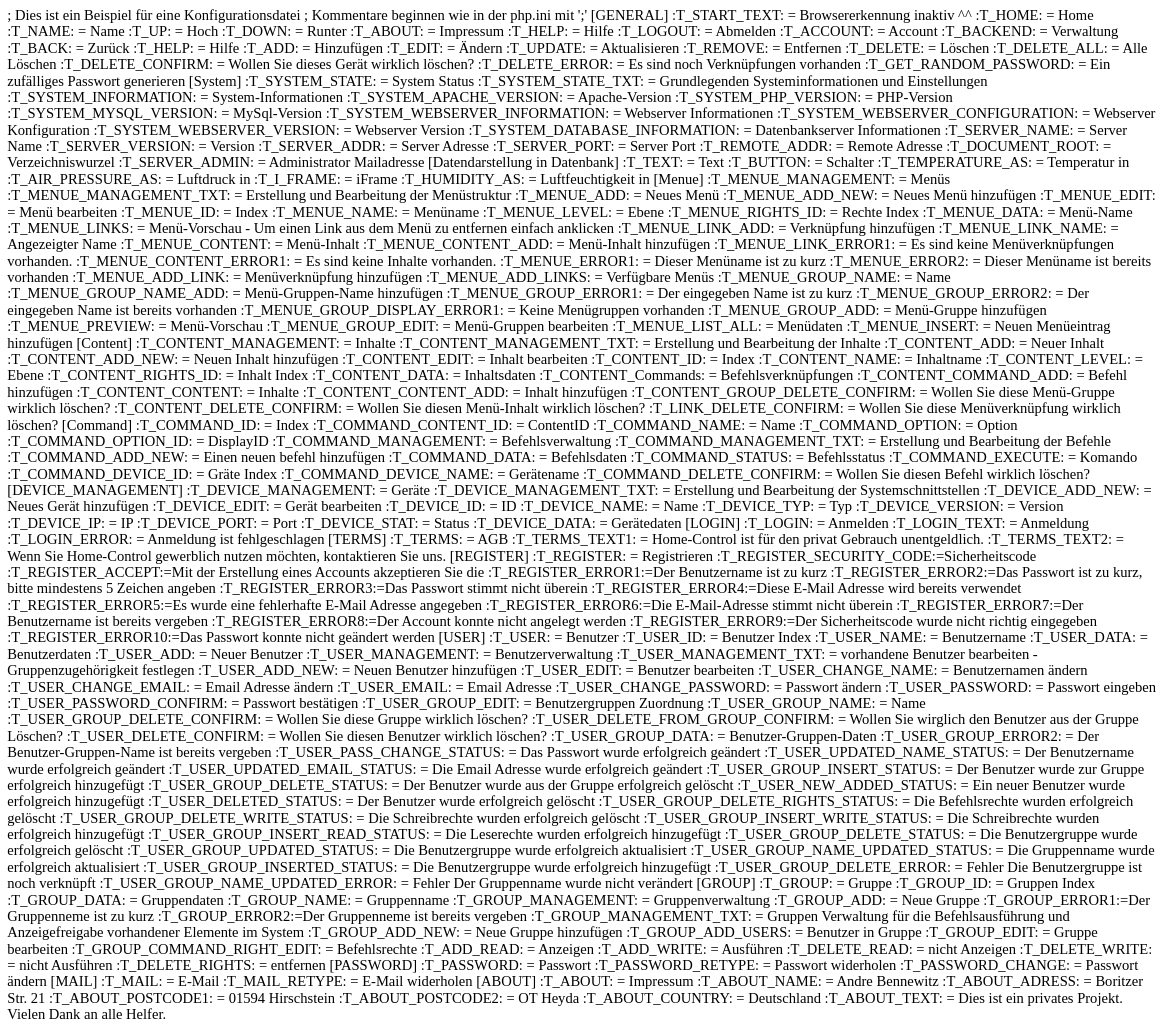
Repository: 0xF3ERROR/Home-Control
Page: http://localhost/language/lang_Ger.php
An editor plug-in stored every save of this project. The page is shown before and after the next save, followed by the edit.
The browser window is 1280 px wide. The pictures show the whole page, at 91% of full size.
The page is run by PHP 8.4 with error messages shown; the project is at /var/www/html/.

Above is the page before, as saved 2012-09-17 20:15:23.

### Source/language/lang_Ger.php
; Dies ist ein Beispiel für eine Konfigurationsdatei
; Kommentare beginnen wie in der php.ini mit ';'


[GENERAL]
:T_START_TEXT: = Browsererkennung inaktiv ^^
:T_HOME: = Home
:T_NAME: = Name
:T_UP: = Hoch
:T_DOWN: = Runter
:T_ABOUT: = Impressum
:T_HELP: = Hilfe
:T_LOGOUT: = Abmelden
:T_ACCOUNT: = Account
:T_BACKEND: = Verwaltung
:T_BACK: = Zurück
:T_HELP: = Hilfe
:T_ADD: = Hinzufügen
:T_EDIT: = Ändern
:T_UPDATE: = Aktualisieren
:T_REMOVE: = Entfernen
:T_DELETE: = Löschen
:T_DELETE_ALL: = Alle Löschen
:T_DELETE_CONFIRM: = Wollen Sie dieses Gerät wirklich löschen?
:T_DELETE_ERROR: = Es sind noch Verknüpfungen vorhanden
:T_GET_RANDOM_PASSWORD: = Ein zufälliges Passwort generieren


[System]
:T_SYSTEM_STATE: = System Status
:T_SYSTEM_STATE_TXT: = Grundlegenden Systeminformationen und Einstellungen
:T_SYSTEM_INFORMATION: = System-Informationen
:T_SYSTEM_APACHE_VERSION: = Apache-Version
:T_SYSTEM_PHP_VERSION: = PHP-Version
:T_SYSTEM_MYSQL_VERSION: = MySql-Version
:T_SYSTEM_WEBSERVER_INFORMATION: = Webserver Informationen
:T_SYSTEM_WEBSERVER_CONFIGURATION: = Webserver Konfiguration
:T_SYSTEM_WEBSERVER_VERSION: = Webserver Version
:T_SYSTEM_DATABASE_INFORMATION: = Datenbankserver Informationen
:T_SERVER_NAME: = Server Name
:T_SERVER_VERSION: = Version
:T_SERVER_ADDR: = Server Adresse
:T_SERVER_PORT: = Server Port
:T_REMOTE_ADDR: = Remote Adresse
:T_DOCUMENT_ROOT: = Verzeichniswurzel
:T_SERVER_ADMIN: = Administrator Mailadresse





[Datendarstellung in Datenbank]
:T_TEXT: = Text
:T_BUTTON: = Schalter
:T_TEMPERATURE_AS: = Temperatur in
:T_AIR_PRESSURE_AS: = Luftdruck in
:T_I_FRAME: = iFrame
:T_HUMIDITY_AS: = Luftfeuchtigkeit in



[Menue]
:T_MENUE_MANAGEMENT: = Menüs
:T_MENUE_MANAGEMENT_TXT: = Erstellung und Bearbeitung der Menüstruktur
:T_MENUE_ADD: = Neues Menü
:T_MENUE_ADD_NEW: = Neues Menü hinzufügen
:T_MENUE_EDIT: = Menü bearbeiten
:T_MENUE_ID: = Index
:T_MENUE_NAME: = Menüname
:T_MENUE_LEVEL: = Ebene
:T_MENUE_RIGHTS_ID: = Rechte Index
:T_MENUE_DATA: = Menü-Name
:T_MENUE_LINKS: = Menü-Vorschau - Um einen Link aus dem Menü zu entfernen einfach anklicken
:T_MENUE_LINK_ADD: = Verknüpfung hinzufügen
:T_MENUE_LINK_NAME: = Angezeigter Name
:T_MENUE_CONTENT: = Menü-Inhalt
:T_MENUE_CONTENT_ADD: = Menü-Inhalt hinzufügen
:T_MENUE_LINK_ERROR1: = Es sind keine Menüverknüpfungen vorhanden.
:T_MENUE_CONTENT_ERROR1: = Es sind keine Inhalte vorhanden.
:T_MENUE_ERROR1: = Dieser Menüname ist zu kurz
:T_MENUE_ERROR2: = Dieser Menüname ist bereits vorhanden
:T_MENUE_ADD_LINK: = Menüverknüpfung hinzufügen
:T_MENUE_ADD_LINKS: = Verfügbare Menüs
:T_MENUE_GROUP_NAME: = Name
:T_MENUE_GROUP_NAME_ADD: = Menü-Gruppen-Name hinzufügen
:T_MENUE_GROUP_ERROR1: = Der eingegeben Name ist zu kurz
:T_MENUE_GROUP_ERROR2: = Der eingegeben Name ist bereits vorhanden
:T_MENUE_GROUP_DISPLAY_ERROR1: = Keine Menügruppen vorhanden
:T_MENUE_GROUP_ADD: = Menü-Gruppe hinzufügen
:T_MENUE_PREVIEW: = Menü-Vorschau
:T_MENUE_GROUP_EDIT: = Menü-Gruppen bearbeiten
:T_MENUE_LIST_ALL: = Menüdaten
:T_MENUE_INSERT: = Neuen Menüeintrag hinzufügen
[Content]
:T_CONTENT_MANAGEMENT: = Inhalte
:T_CONTENT_MANAGEMENT_TXT: = Erstellung und Bearbeitung der Inhalte
:T_CONTENT_ADD: = Neuer Inhalt
:T_CONTENT_ADD_NEW: = Neuen Inhalt hinzufügen
:T_CONTENT_EDIT: = Inhalt bearbeiten
:T_CONTENT_ID: = Index
:T_CONTENT_NAME: = Inhaltname
:T_CONTENT_LEVEL: = Ebene
:T_CONTENT_RIGHTS_ID: = Inhalt Index
:T_CONTENT_DATA: = Inhaltsdaten
:T_CONTENT_Commands: = Befehlsverknüpfungen
:T_CONTENT_COMMAND_ADD: = Befehl hinzufügen
:T_CONTENT_CONTENT: = Inhalte
:T_CONTENT_CONTENT_ADD: = Inhalt hinzufügen
:T_CONTENT_GROUP_DELETE_CONFIRM: = Wollen Sie diese Menü-Gruppe wirklich löschen?
:T_CONTENT_DELETE_CONFIRM: = Wollen Sie diesen Menü-Inhalt wirklich löschen?
:T_LINK_DELETE_CONFIRM: = Wollen Sie diese Menüverknüpfung wirklich löschen?



[Command]
:T_COMMAND_ID: = Index
:T_COMMAND_CONTENT_ID: = ContentID
:T_COMMAND_NAME: = Name
:T_COMMAND_OPTION: = Option
:T_COMMAND_OPTION_ID: = DisplayID
:T_COMMAND_MANAGEMENT: = Befehlsverwaltung
:T_COMMAND_MANAGEMENT_TXT: = Erstellung und Bearbeitung der Befehle
:T_COMMAND_ADD_NEW: = Einen neuen befehl hinzufügen
:T_COMMAND_DATA: = Befehlsdaten
:T_COMMAND_STATUS: = Befehlsstatus
:T_COMMAND_EXECUTE: = Komando
:T_COMMAND_DEVICE_ID: = Gräte Index
:T_COMMAND_DEVICE_NAME: = Gerätename
:T_COMMAND_DELETE_CONFIRM: = Wollen Sie diesen Befehl wirklich löschen?


[DEVICE_MANAGEMENT]
:T_DEVICE_MANAGEMENT: = Geräte
:T_DEVICE_MANAGEMENT_TXT: = Erstellung und Bearbeitung der Systemschnittstellen
:T_DEVICE_ADD_NEW: = Neues Gerät hinzufügen
:T_DEVICE_EDIT: = Gerät bearbeiten
:T_DEVICE_ID: = ID
:T_DEVICE_NAME: = Name
:T_DEVICE_TYP: = Typ
:T_DEVICE_VERSION: = Version
:T_DEVICE_IP: = IP
:T_DEVICE_PORT: = Port
:T_DEVICE_STAT: = Status
:T_DEVICE_DATA: = Gerätedaten


[LOGIN]
:T_LOGIN: = Anmelden
:T_LOGIN_TEXT: = Anmeldung
:T_LOGIN_ERROR: = Anmeldung ist fehlgeschlagen


[TERMS]
:T_TERMS: = AGB
:T_TERMS_TEXT1: = Home-Control ist für den privat Gebrauch unentgeldlich.
:T_TERMS_TEXT2: = Wenn Sie Home-Control gewerblich nutzen möchten, kontaktieren Sie uns.


[REGISTER]
:T_REGISTER: = Registrieren
:T_REGISTER_SECURITY_CODE:=Sicherheitscode
:T_REGISTER_ACCEPT:=Mit der Erstellung eines Accounts akzeptieren Sie die
:T_REGISTER_ERROR1:=Der Benutzername ist zu kurz
:T_REGISTER_ERROR2:=Das Passwort ist zu kurz, bitte mindestens 5 Zeichen angeben
:T_REGISTER_ERROR3:=Das Passwort stimmt nicht überein
:T_REGISTER_ERROR4:=Diese E-Mail Adresse wird bereits verwendet
:T_REGISTER_ERROR5:=Es wurde eine fehlerhafte E-Mail Adresse angegeben
:T_REGISTER_ERROR6:=Die E-Mail-Adresse stimmt nicht überein
:T_REGISTER_ERROR7:=Der Benutzername ist bereits vergeben
:T_REGISTER_ERROR8:=Der Account konnte nicht angelegt werden
:T_REGISTER_ERROR9:=Der Sicherheitscode wurde nicht richtig eingegeben
:T_REGISTER_ERROR10:=Das Passwort konnte nicht geändert werden


[USER]
:T_USER: = Benutzer
:T_USER_ID: = Benutzer Index
:T_USER_NAME: = Benutzername
:T_USER_DATA: = Benutzerdaten
:T_USER_ADD: = Neuer Benutzer
:T_USER_MANAGEMENT: = Benutzerverwaltung
:T_USER_MANAGEMENT_TXT: = vorhandene Benutzer bearbeiten - Gruppenzugehörigkeit festlegen
:T_USER_ADD_NEW: = Neuen Benutzer hinzufügen
:T_USER_EDIT: = Benutzer bearbeiten
:T_USER_CHANGE_NAME: = Benutzernamen ändern
:T_USER_CHANGE_EMAIL: = Email Adresse ändern
:T_USER_EMAIL: = Email Adresse
:T_USER_CHANGE_PASSWORD: = Passwort ändern
:T_USER_PASSWORD: = Passwort eingeben
:T_USER_PASSWORD_CONFIRM: = Passwort bestätigen
:T_USER_GROUP_EDIT: = Benutzergruppen Zuordnung
:T_USER_GROUP_NAME: = Name
:T_USER_GROUP_DELETE_CONFIRM: = Wollen Sie diese Gruppe wirklich löschen?
:T_USER_DELETE_FROM_GROUP_CONFIRM: = Wollen Sie wirglich den Benutzer aus der Gruppe Löschen?
:T_USER_DELETE_CONFIRM: = Wollen Sie diesen Benutzer wirklich löschen?
:T_USER_GROUP_DATA: = Benutzer-Gruppen-Daten
:T_USER_GROUP_ERROR2: = Der Benutzer-Gruppen-Name ist bereits vergeben


:T_USER_PASS_CHANGE_STATUS: = Das Passwort wurde erfolgreich geändert
:T_USER_UPDATED_NAME_STATUS: = Der Benutzername wurde erfolgreich geändert
:T_USER_UPDATED_EMAIL_STATUS: = Die Email Adresse wurde erfolgreich geändert

:T_USER_GROUP_INSERT_STATUS: = Der Benutzer wurde zur Gruppe erfolgreich hinzugefügt
:T_USER_GROUP_DELETE_STATUS: = Der Benutzer wurde aus der Gruppe erfolgreich gelöscht
:T_USER_NEW_ADDED_STATUS: = Ein neuer Benutzer wurde erfolgreich hinzugefügt
:T_USER_DELETED_STATUS: = Der Benutzer wurde erfolgreich gelöscht

:T_USER_GROUP_DELETE_RIGHTS_STATUS: = Die Befehlsrechte wurden erfolgreich gelöscht
:T_USER_GROUP_DELETE_WRITE_STATUS: = Die Schreibrechte wurden erfolgreich gelöscht
:T_USER_GROUP_INSERT_WRITE_STATUS: = Die Schreibrechte wurden erfolgreich hinzugefügt
:T_USER_GROUP_INSERT_READ_STATUS: = Die Leserechte wurden erfolgreich hinzugefügt
:T_USER_GROUP_DELETE_STATUS: = Die Benutzergruppe wurde erfolgreich gelöscht
:T_USER_GROUP_UPDATED_STATUS: = Die Benutzergruppe wurde erfolgreich aktualisiert
:T_USER_GROUP_NAME_UPDATED_STATUS: = Die Gruppenname wurde erfolgreich aktualisiert
:T_USER_GROUP_INSERTED_STATUS: = Die Benutzergruppe wurde erfolgreich hinzugefügt
:T_USER_GROUP_DELETE_ERROR: = Fehler Die Benutzergruppe ist noch verknüpft
:T_USER_GROUP_NAME_UPDATED_ERROR: = Fehler Der Gruppenname wurde nicht verändert




[GROUP]
:T_GROUP: = Gruppe
:T_GROUP_ID: = Gruppen Index
:T_GROUP_DATA: = Gruppendaten
:T_GROUP_NAME: = Gruppenname
:T_GROUP_MANAGEMENT: = Gruppenverwaltung
:T_GROUP_ADD: = Neue Gruppe
:T_GROUP_ERROR1:=Der Gruppenneme ist zu kurz
:T_GROUP_ERROR2:=Der Gruppenneme ist bereits vergeben
:T_GROUP_MANAGEMENT_TXT: = Gruppen Verwaltung für die Befehlsausführung und Anzeigefreigabe vorhandener Elemente im System
:T_GROUP_ADD_NEW: = Neue Gruppe hinzufügen
:T_GROUP_ADD_USERS: = Benutzer in Gruppe
:T_GROUP_EDIT: = Gruppe bearbeiten
:T_GROUP_COMMAND_RIGHT_EDIT: = Befehlsrechte
:T_ADD_READ: = Anzeigen
:T_ADD_WRITE: = Ausführen
:T_DELETE_READ: = nicht Anzeigen
:T_DELETE_WRITE: = nicht Ausführen
:T_DELETE_RIGHTS: = entfernen

[PASSWORD]
:T_PASSWORD: = Passwort
:T_PASSWORD_RETYPE: = Passwort widerholen
:T_PASSWORD_CHANGE: = Passwort ändern


[MAIL]
:T_MAIL: = E-Mail
:T_MAIL_RETYPE: = E-Mail widerholen


[ABOUT]
:T_ABOUT: = Impressum
:T_ABOUT_NAME: = Andre Bennewitz
:T_ABOUT_ADRESS: = Boritzer Str. 21
:T_ABOUT_POSTCODE1: = 01594 Hirschstein
:T_ABOUT_POSTCODE2: = OT Heyda
:T_ABOUT_COUNTRY: = Deutschland
:T_ABOUT_TEXT: = Dies ist ein privates Projekt. Vielen Dank an alle Helfer.

After the next save:
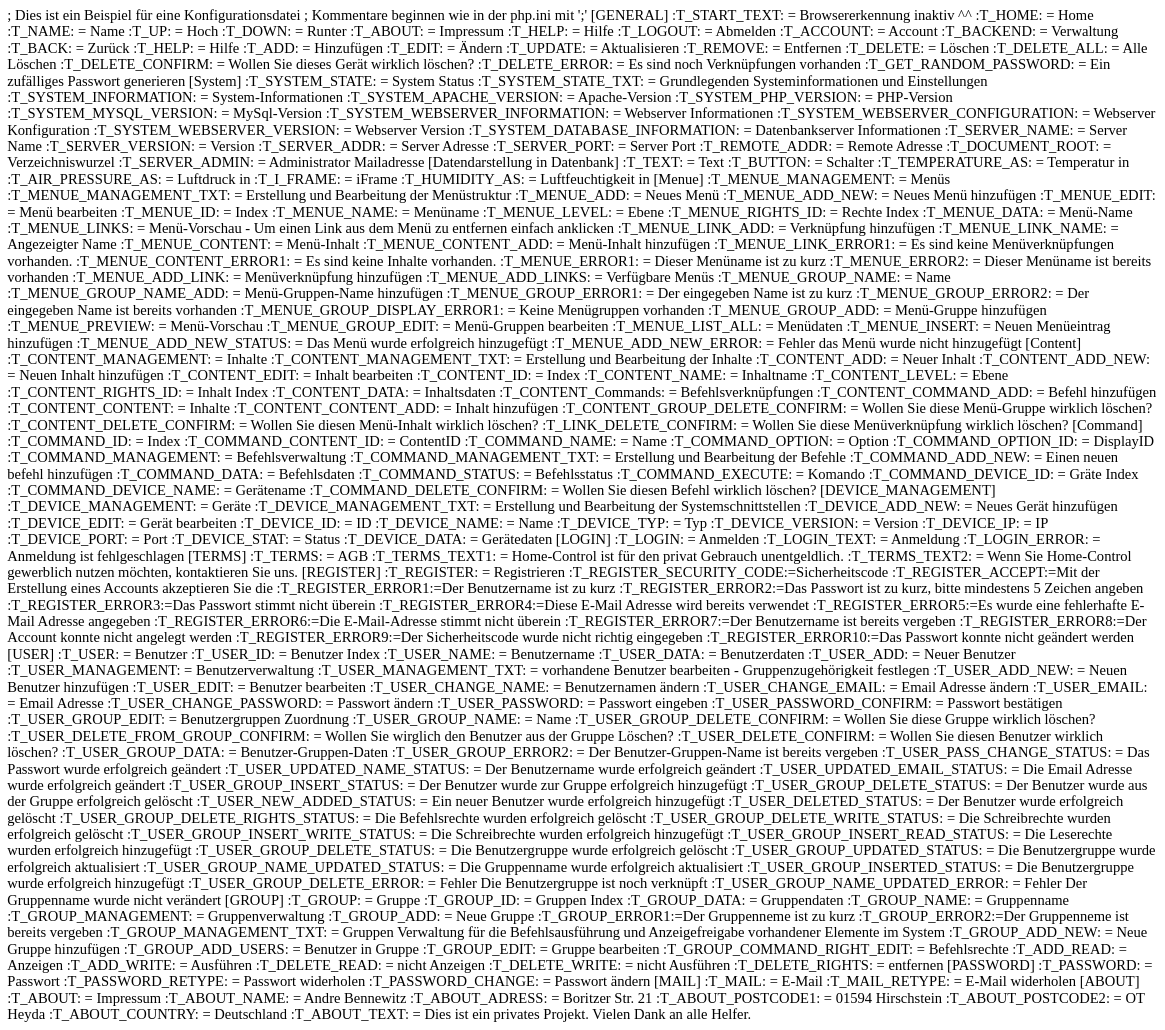
Saved 3 min 53 s later.
--- a/Source/language/lang_Ger.php
+++ b/Source/language/lang_Ger.php
@@ -91,6 +91,19 @@
 :T_MENUE_GROUP_EDIT: = Menü-Gruppen bearbeiten
 :T_MENUE_LIST_ALL: = Menüdaten
 :T_MENUE_INSERT: = Neuen Menüeintrag hinzufügen
+:T_MENUE_ADD_NEW_STATUS: = Das Menü wurde erfolgreich hinzugefügt
+:T_MENUE_ADD_NEW_ERROR: = Fehler das Menü wurde nicht hinzugefügt
+
+
+
+
+
+
+
+
+
+
+
 [Content]
 :T_CONTENT_MANAGEMENT: = Inhalte
 :T_CONTENT_MANAGEMENT_TXT: = Erstellung und Bearbeitung der Inhalte
